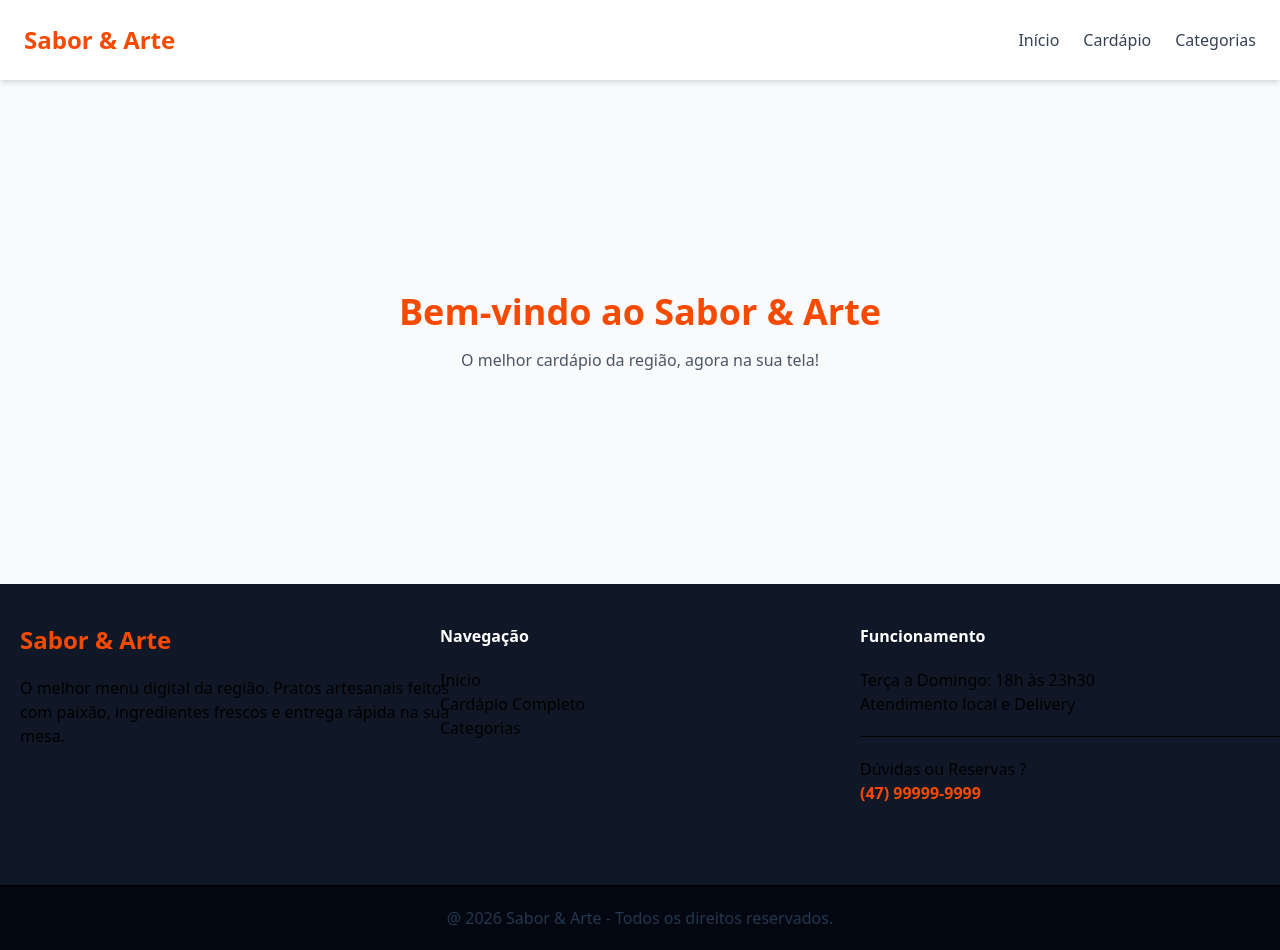
Repository: DiegoWWeege/pair-programming-next-js
Page: / (app in next-js-project/)
An editor plug-in stored every save of this project. The page is shown before and after a run of saves, followed by the edit.
The browser window is 1280 px wide. The pictures show the whole page.
The project was rebuilt for these pictures with package versions that can differ from the ones it lists, and the page was loaded fresh each time. The framework's server and built-in components were replaced by stand-ins that run in the browser. Also part of the build but not shown: next-js-project/next.config.ts.

Above is the page before, as saved 2026-09-18 18:54:52.

After the next 2 saves:
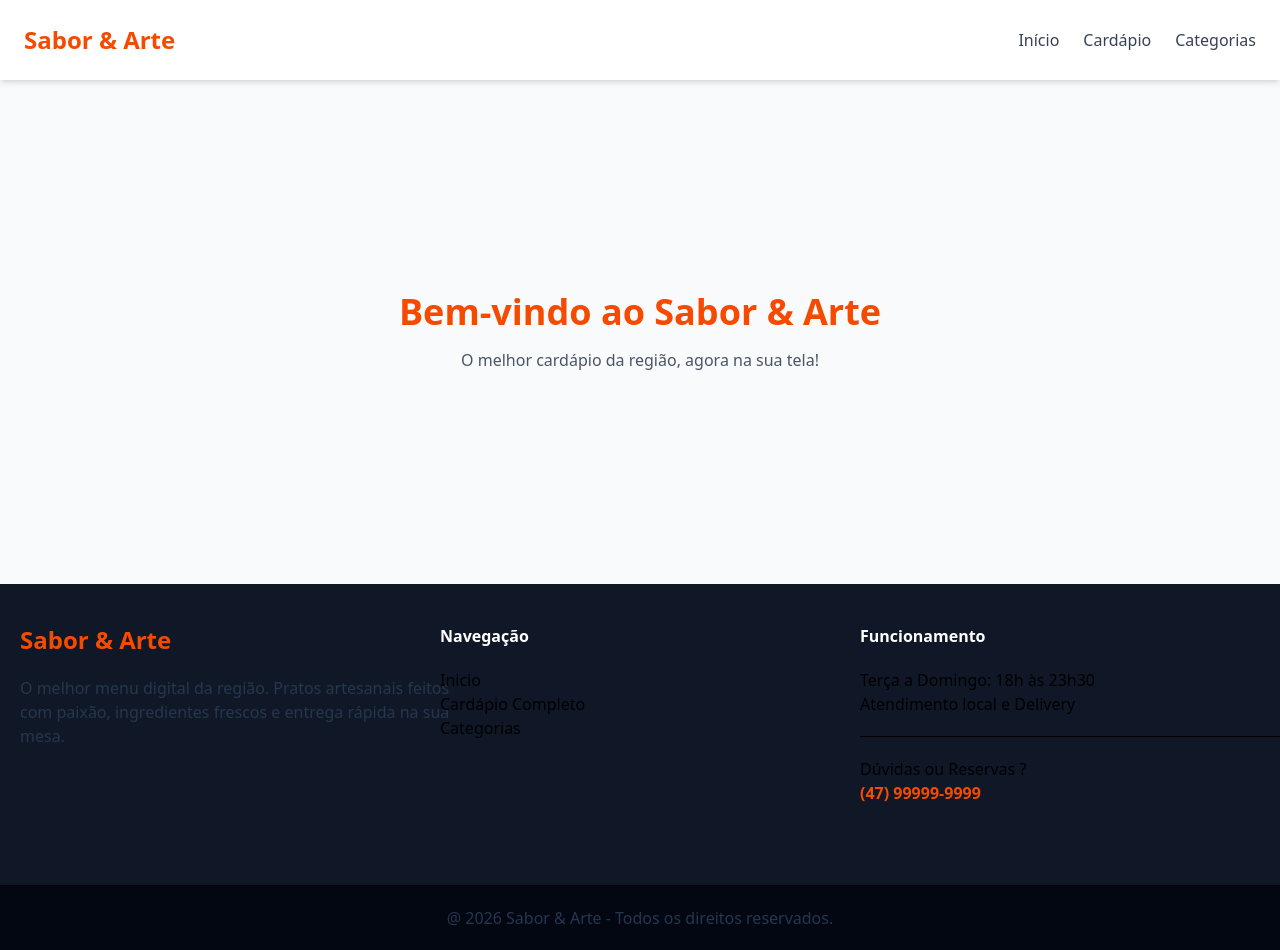
The 2 saves are shown as one change because they came seconds apart.
The last was saved 23 s later.
--- a/next-js-project/src/components/Footer.tsx
+++ b/next-js-project/src/components/Footer.tsx
@@ -11,7 +11,7 @@
                         Sabor & Arte
                     </h2>
 
-                    <p className="w-110">
+                    <p className="w-110 text-[#25374E]">
                         O melhor menu digital da região. Pratos artesanais feitos com
                         paixão, ingredientes frescos e entrega rápida na sua mesa.
                     </p>

After the save that followed:
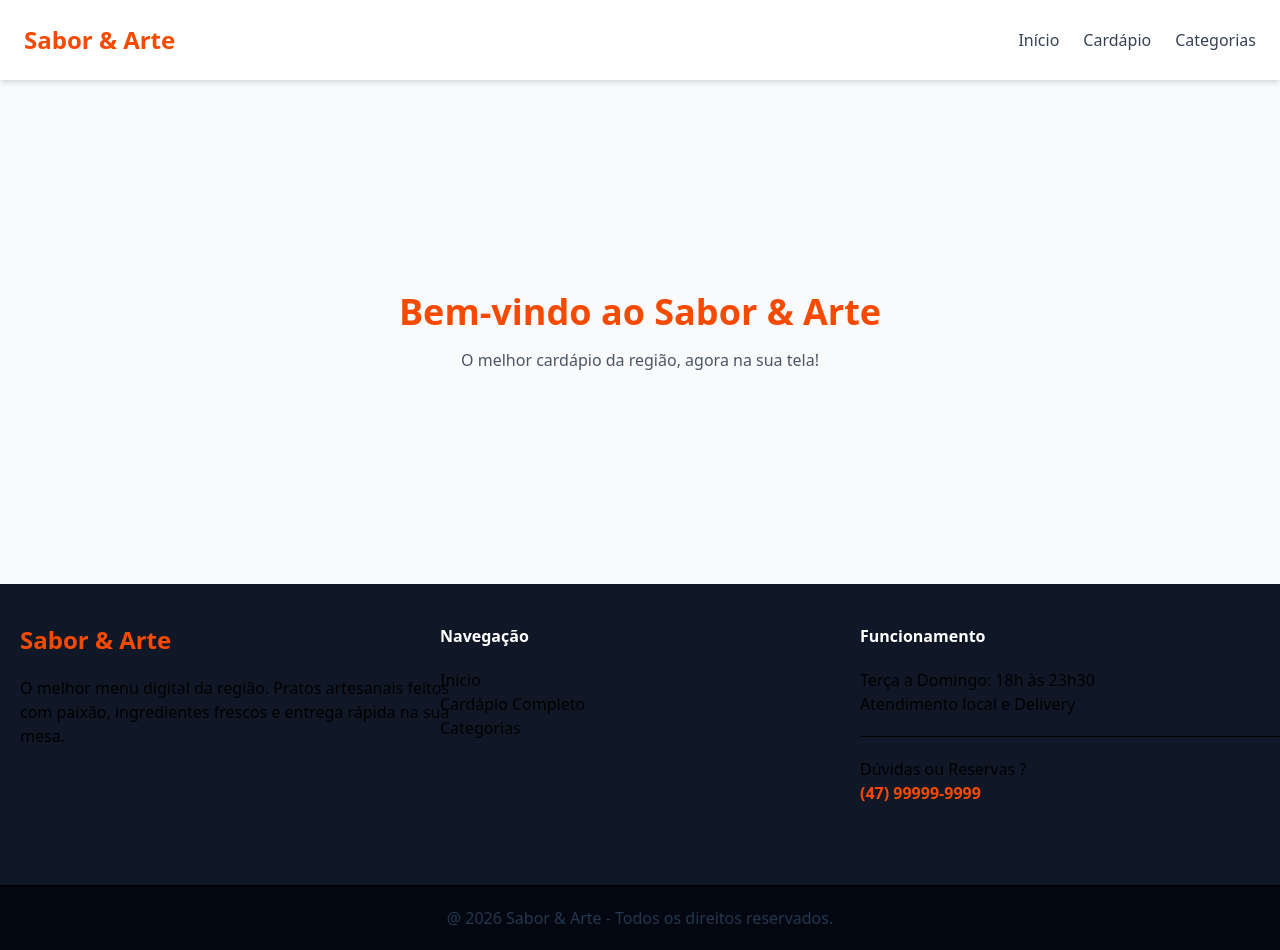
Saved 5 s later.
--- a/next-js-project/src/components/Footer.tsx
+++ b/next-js-project/src/components/Footer.tsx
@@ -11,7 +11,7 @@
                         Sabor & Arte
                     </h2>
 
-                    <p className="w-110 text-[#25374E]">
+                    <p className="w-110 ">
                         O melhor menu digital da região. Pratos artesanais feitos com
                         paixão, ingredientes frescos e entrega rápida na sua mesa.
                     </p>
